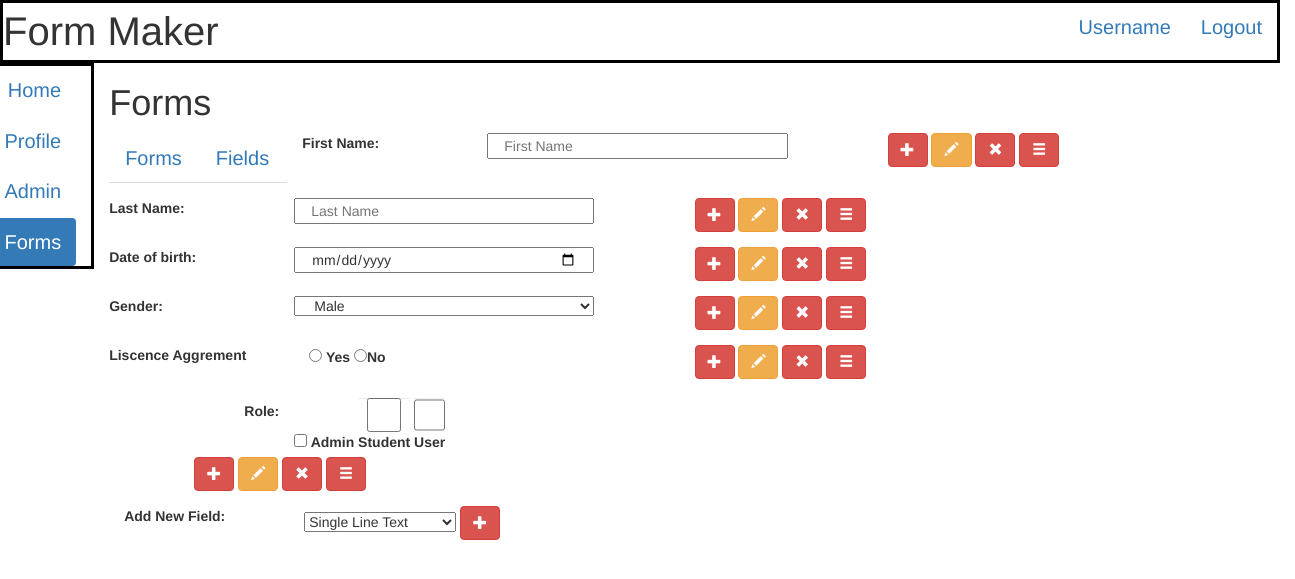
Repository: dishant8/Web-development
Page: public/WebDevWorkspace/Assignment1/WebContent/Css/Bootstrap/form-fields.html
An editor plug-in stored every save of this project. The page is shown before and after the next save, followed by the edit.
The browser window is 1280 px wide. The page is 1295 px wide, so the pictures cover 1295 px, including what lies to the right of the window. The pictures show the whole page.

Above is the page before, as saved 2015-10-04 06:53:54.

### public/WebDevWorkspace/Assignment1/WebContent/Css/Bootstrap/form-fields.html
<!DOCTYPE html>
<html>
<head>
<meta charset="ISO-8859-1">
<title>Form Maker</title>
<!--   <link href="Css/bootstrap.min.css" rel="stylesheet" />-->
<link href="app/vendor/bootstrap/dist/css/bootstrap.min.css"
	rel="stylesheet" />

<link rel="stylesheet" href="style.css" />


</head>
<body>
		<div id="upper-header">
			<span class="header-width">Form Maker</span>
			<ul class="nav nav-pills navigate">
				<li id="logout" role="presentation"><a href="login.html">Logout</a></li>
				<li id="username" role="presentation"><a href="profile.html">Username</a></li>
			</ul>

		</div>

		<div class="row">

			<div class="col-sm-1 length">

				<ul class="nav nav-pills nav-stacked">
					<li role="presentation"><a href="home.html">Home</a></li>
					<li role="presentation"><a href="profile.html">Profile</a></li>
					<li role="presentation"><a href="admin.html">Admin</a></li>
					<li role="presentation" class="active"><a href="forms.html">Forms</a></li>
				</ul>
			</div>

			<div class="col-sm-11">
				<h1>Forms</h1>
				<nav>
					<ul id="tab" class="nav nav-tabs">
						<li role="presentation"><a href="forms.html">Forms</a></li>
						<li role="presentation"><a href="form-fields.html">Fields</a></li>
					</ul>
				</nav>

				<form class="form-horizontal">
					<div class="form-group">
						<label for="first name" class="col-sm-2">First Name:</label>
						<div >
						 <input class="col-sm-3"
							id="firstname" placeholder="First Name"
							title="please enter your First Name" name="first name"
							type="text" />
							<div class="col-sm-1"></div>
								<a  href="#" class="btn btn-danger"> <scan
										class="glyphicon glyphicon-plus"></scan>

								</a>
								<a href="#" class="btn btn-warning"> <scan
										class="glyphicon glyphicon-pencil"></scan>
								</a>
								<a href="#" class="btn btn-danger"> <scan
										class="glyphicon glyphicon-remove"></scan>
								</a>
								<a href="#" class="btn btn-danger"> <scan
										class="glyphicon glyphicon-menu-hamburger"></scan>
								</a>
						</div>
					</div>

					<div class="form-group">
						<label for="last name" class="col-sm-2">Last Name:</label>

						<input class="col-sm-3"
							id="firstName" placeholder="Last Name"
							title="please enter your Last Name" name="last name" type="text" />

						<div class=col-sm-1></div>
						<a href="#" class="btn btn-danger"> <scan
								class="glyphicon glyphicon-plus"></scan>
						</a> <a href="#" class="btn btn-warning"> <scan
								class="glyphicon glyphicon-pencil"></scan>
						</a> <a href="#" class="btn btn-danger"> <scan
								class="glyphicon glyphicon-remove"></scan>
						</a> <a href="#" class="btn btn-danger"> <scan
								class="glyphicon glyphicon-menu-hamburger"></scan>
						</a>

					</div>

					<div class="form-group">
						<label for="dob" class="col-sm-2 ">Date of birth:</label>

						<input class="col-sm-3"
							id="dob" title="please enter your First Name" name="first name"
							type="date" placeholder="Select Date" />

						<div class=col-sm-1></div>
						<a href="#"
							class="btn btn-danger"> <scan
								class="glyphicon glyphicon-plus"></scan>
						</a> <a href="#" class="btn btn-warning"> <scan
								class="glyphicon glyphicon-pencil"></scan>
						</a> <a href="#" class="btn btn-danger"> <scan
								class="glyphicon glyphicon-remove"></scan>
						</a> <a href="#" class="btn btn-danger"> <scan
								class="glyphicon glyphicon-menu-hamburger"></scan>
						</a>

					</div>

					<div class="form-group">
						<label for="gender" class="col-sm-2 ">Gender:</label>
						<select class="col-sm-3"
							name="genre" id="gender">
							<option value="Male">Male</option>
							<option value="Female">Female</option>


						</select>
						<div class="col-sm-1"></div>
						<a href="#" class="btn btn-danger"> <scan
								class="glyphicon glyphicon-plus"></scan>
						</a> <a href="#" class="btn btn-warning"> <scan
								class="glyphicon glyphicon-pencil"></scan>
						</a> <a href="#" class="btn btn-danger"> <scan
								class="glyphicon glyphicon-remove"></scan>
						</a> <a href="#" class="btn btn-danger"> <scan
								class="glyphicon glyphicon-menu-hamburger"></scan>
						</a>

					</div>

					<div class="form-group">
						<label for="checkbox" class="col-sm-2 ">Liscence Aggrement</label>

				<div class="col-sm-3">
						<label>

						<input  type="radio" name="subscribe" value="yes"
							id="checkbox" /> Yes
						</label>

						<label>

							<input type="radio" name="subscribe" value="no"
							id="checkbox" />No
						</label>
				</div>

						<div class="col-sm-1"></div>
						<a href="#" class="btn btn-danger"> <scan
								class="glyphicon glyphicon-plus"></scan>
						</a> <a href="#" class="btn btn-warning"> <scan
								class="glyphicon glyphicon-pencil"></scan>
						</a> <a href="#" class="btn btn-danger"> <scan
								class="glyphicon glyphicon-remove"></scan>
						</a> <a href="#" class="btn btn-danger"> <scan
								class="glyphicon glyphicon-menu-hamburger"></scan>
						</a>


					</div>


					<div class="form-group">
						<label for="role" class="col-sm-2 control-label">Role:</label>
						<div class="col=sm-3">
							<label>
								<input type="checkbox"  name="Categories"
								value="Admin" id="role" /> Admin
							</label>

							<label>
								<input type="checkbox" name="Categories"
								value="Student" class="form-control" /> Student
							</label>

							<label>
								<input type="checkbox" name="Categories"
								value="User" class="form-control" /> User
								</label>
						</div>
						<div class="col-sm-1"></div>
						<a href="#" class="btn btn-danger"> <scan
								class="glyphicon glyphicon-plus"></scan>
						</a>

						<a href="#" class="btn btn-warning"> <scan
								class="glyphicon glyphicon-pencil"></scan>
						</a>

						<a href="#" class="btn btn-danger"> <scan
								class="glyphicon glyphicon-remove"></scan>
						</a>

						<a href="#" class="btn btn-danger"> <scan
								class="glyphicon glyphicon-menu-hamburger"></scan>
						</a>

					</div>


					<div>
					<label for="new field" class="col-sm-2">Add New Field:</label> <select
						name="new field" id="new fields">
						<option value="Single Line Text">Single Line Text</option>
						<option value="Date">Date</option>
						<option value="Dropdown">Dropdown</option>
						<option value="Checkboxes">Checkboxes</option>
						<option value="RAdio Buttons">Radio Buttons</option>
						<option value="Paragraph Text Field">Paragraph Text Field</option>


					</select> <a href="#" class="btn btn-danger"> <scan
							class="glyphicon glyphicon-plus cpl-sm-2"></scan>
					</a>

					</div>

				</form>

			</div>

		</div>
</body>
</html>

### public/WebDevWorkspace/Assignment1/WebContent/Css/Bootstrap/style.css
body {margin ="10px";padding ="10px";

}

.col-md-1 {
	border-right: black solid medium;
	border-top: black solid medium;
	border-bottom: black solid medium;
	border-left: black solid medium;
	font-size: 15px;
}

.contain {
	border-bottom: black solid medium;
	border-top: black solid medium;
	border-right: black solid medium;
	border-left: black solid medium;
	margin-top: 30 px;
	margin-bottom: 30 px;
	margin-left: 30 px;
	margin-right: 30 px;
}

#navigate {float = right;
	font-size: 20px;
}

.nav-pills>li {
	float: right;
	font-size: 20px;
}

#upper-header {
	border-bottom: black solid;
	border-right: black solid;
	border-left: black solid;
	border-top: black solid;
}

#tab {
	float: left;
	font-size: 20px;
}

.navigate {
	width: 30%;
	float: right;
}

.header-width {
	width: 70%;
	font-size: 40px;
}

.length {
	border-right: black solid;
	border-bottom: black solid;
	border-top: black solid;
}


.selected fields{
	border-top: black solid thick;
}

Loaded but not shown: public/WebDevWorkspace/Assignment1/WebContent/Css/Bootstrap/app/vendor/bootstrap/dist/css/bootstrap.min.css (library)

After the next save:
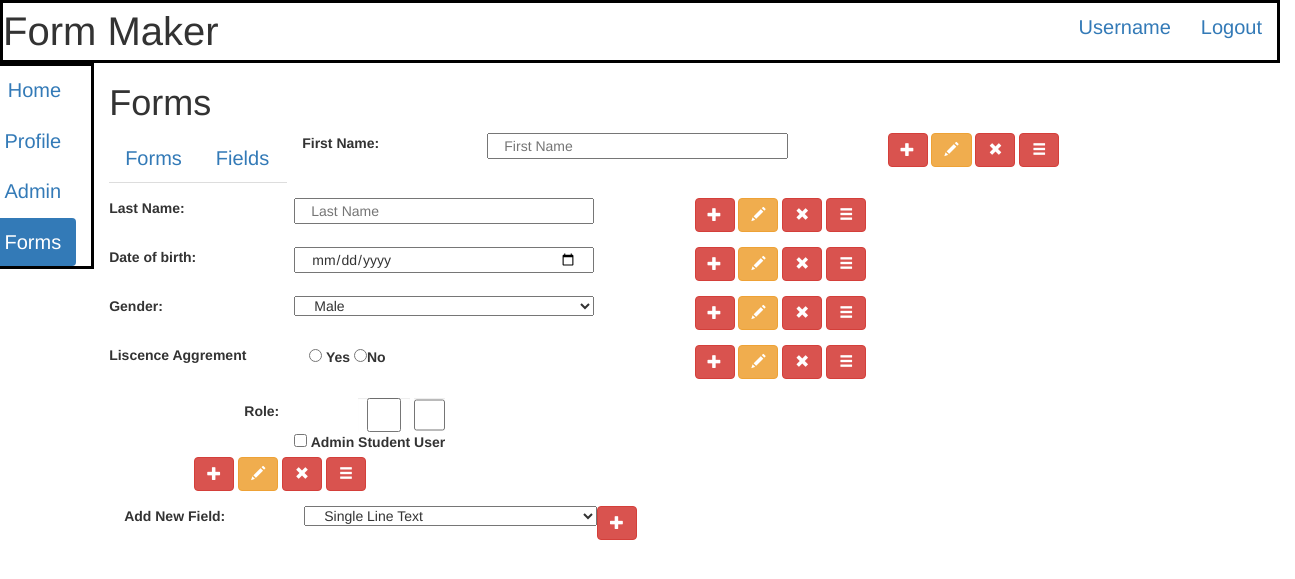
Saved 38 s later.
--- a/public/WebDevWorkspace/Assignment1/WebContent/Css/Bootstrap/form-fields.html
+++ b/public/WebDevWorkspace/Assignment1/WebContent/Css/Bootstrap/form-fields.html
@@ -164,6 +164,7 @@
 
 					<div class="form-group">
 						<label for="role" class="col-sm-2 control-label">Role:</label>
+
 						<div class="col=sm-3">
 							<label>
 								<input type="checkbox"  name="Categories"
@@ -201,7 +202,9 @@
 
 
 					<div>
-					<label for="new field" class="col-sm-2">Add New Field:</label> <select
+					<label for="new field" class="col-sm-2">Add New Field:</label>
+
+					 <select class="col-sm-3"
 						name="new field" id="new fields">
 						<option value="Single Line Text">Single Line Text</option>
 						<option value="Date">Date</option>
